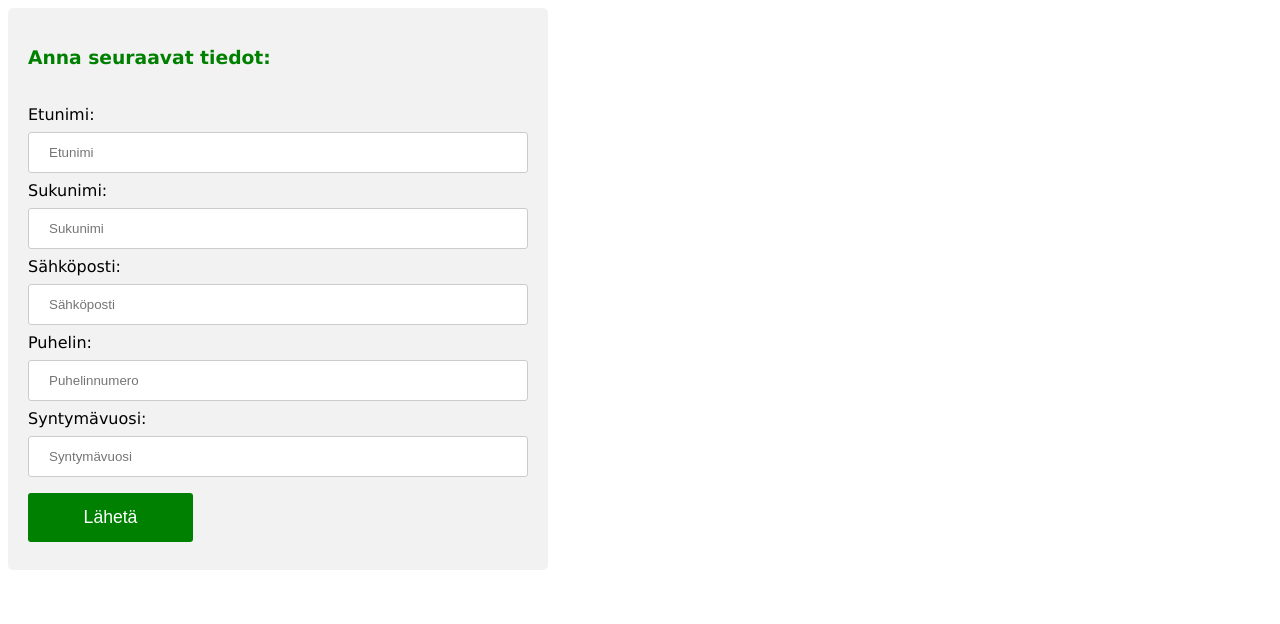
Repository: er-12/tehtava6
Page: http://localhost/t3/kysy.jsp
The author's editor kept a copy of each file at every save. The page is drawn from the files as they stood at one save, then again after the next save.
The browser window is 1280 px wide. The pictures show the whole page.
The page is served by Tomcat 9.

Above is the page before, as saved 2021-04-17 11:32:53.

### t3/WebContent/kysy.jsp
<%@ page language="java" contentType="text/html; charset=UTF-8"
    pageEncoding="UTF-8"%>
<!DOCTYPE html>
<html>
<style>
input[type=text] {
  width: 100%;
  padding: 12px 20px;
  margin: 8px 0;
  display: inline-block;
  border: 1px solid #ccc;
  border-radius: 3px;
  box-sizing: border-box;
}

input[type=submit] {
  width: 33%;
  text-align: center;
  background-color: green;
  color: white;
  padding: 14px 20px;
  margin: 8px 0;
  border: none;
  border-radius: 3px;
  font-size: 110%;
}
div {
  border-radius: 5px;
  background-color: #f2f2f2;
  padding: 20px;
  width: 500px;
  font-family: Verdana;
}
h3 {
  color: green;
}
</style>
<head>
<meta charset="UTF-8">
<title>Insert title here</title>
</head>
<body>
<div>
<h3>Anna seuraavat tiedot:</h3><br>
<form action="nayta.jsp" method="GET">
	<label for="etunimi">Etunimi:</label><br>
	<input type="text" name="etunimi" placeholder= "Etunimi"><br>
	<label for="fname">Sukunimi:</label><br>
	<input type="text" name="sukunimi" placeholder= "Sukunimi"><br>
	<label for="fname">Sähköposti:</label><br>
	<input type="text" name="sposti" placeholder= "Sähköposti"><br>
	<label for="fname">Puhelin:</label><br>
	<input type="text" name="puhelin" placeholder= "Puhelinnumero"><br>
	<label for="fname">Syntymävuosi:</label><br>
	<input type="text" name="vuosi" placeholder= "Syntymävuosi"><br>
	<input type="submit" value="Lähetä">
</form>
</div>
</body>
</html>
<!-- 2)	Tee sivulle kysy.jsp lomake, jossa pyydät käyttäjltä seuraavat tiedot:
a.	Etunimi
b.	Sukunimi
c.	Sähköposti
d.	Puhelin
e.	Syntymävuosi
 -->

After the next save:
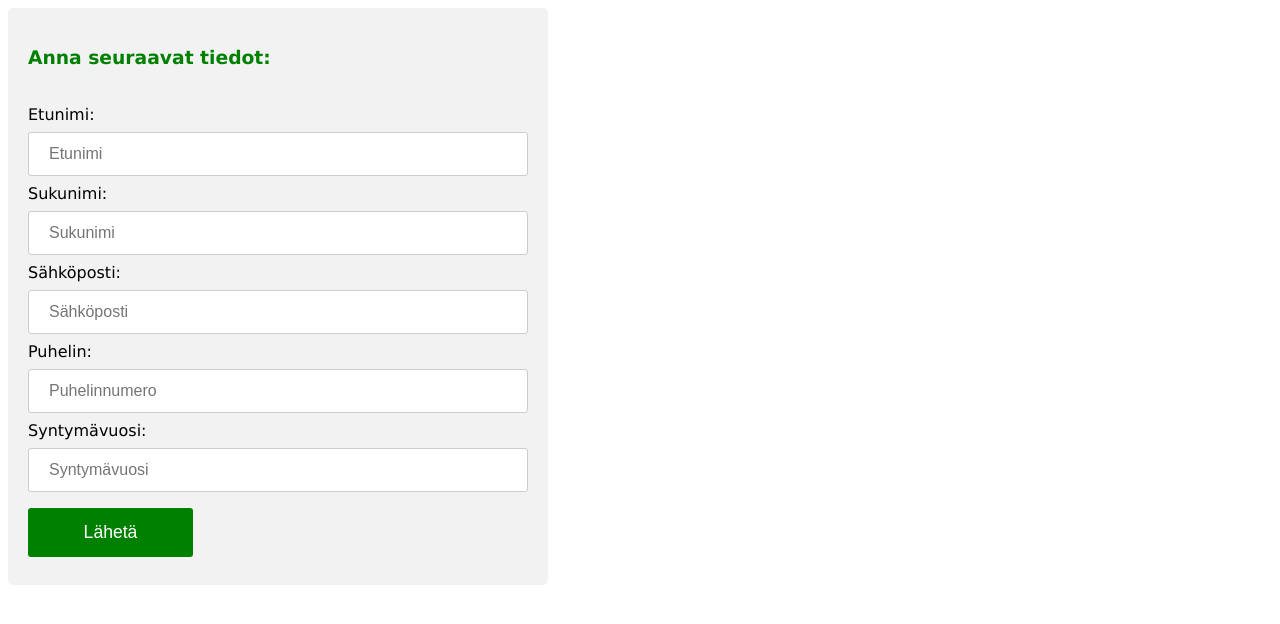
Saved 41 s later.
--- a/t3/WebContent/kysy.jsp
+++ b/t3/WebContent/kysy.jsp
@@ -11,6 +11,7 @@ input[type=text] {
   border: 1px solid #ccc;
   border-radius: 3px;
   box-sizing: border-box;
+  font-size: 100%;
 }
 
 input[type=submit] {
